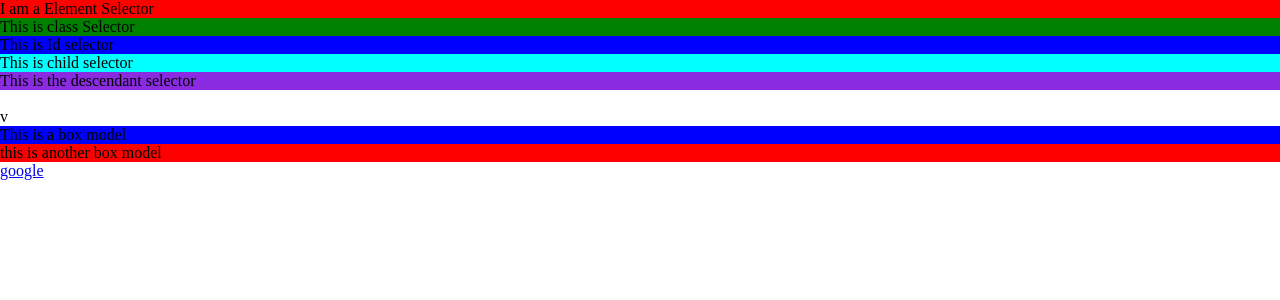
Repository: diensy/Web_dev
Page: first.css/selector.html
These files come from the project's save history. The page is drawn as it stood at one moment and after a run of saves; the edit follows.
The browser window is 1280 px wide. The pictures show the whole page.

Above is the page before, as saved 2024-05-22 20:33:33.

### first.css/selector.html
<!DOCTYPE html>
<html lang="en">
  <head>
    <meta charset="UTF-8" />
    <meta name="viewport" content="width=device-width, initial-scale=1.0" />
    <title>CSS Selector</title>
    <style>
      /* Element Selctor */
      div {
        background-color: red;
      }
      /* CLass Selector */
      .div {
        background-color: green;
      }
      /* Id selector */
      #blue {
        background-color: blue;
      }
      /* Child selector */
      span > p {
        background-color: aqua;
      }
      /* Descendant selector */
      div p {
        background-color: blueviolet;
      }
      /* universal selector */
      * {
        margin: 0;
        padding: 0;
      }
      /* pseudo Selector */
      a:visited {
        color: black;
      }
      a:active {
        background-color: red;
      }
      a:hover {
        background-color: aquamarine;
      }
      .box1 {
        background-color: blue;
      }
    </style>
  </head>
  <body>
    <div>I am a Element Selector</div>
    <div class="div">This is class Selector</div>
    <div id="blue">This is Id selector</div>
    <span><p>This is child selector</p></span>
    <div>
      <article>
        <p>This is the descendant selector</p>
      </article>
    </div>
    <br>
    v
    <div class="box1">This is a box model</div>
    <div class="box2">this is another box model</div>
    <a href="https://www.google.com">google</a>
  </body>
</html>

After the next 2 saves:
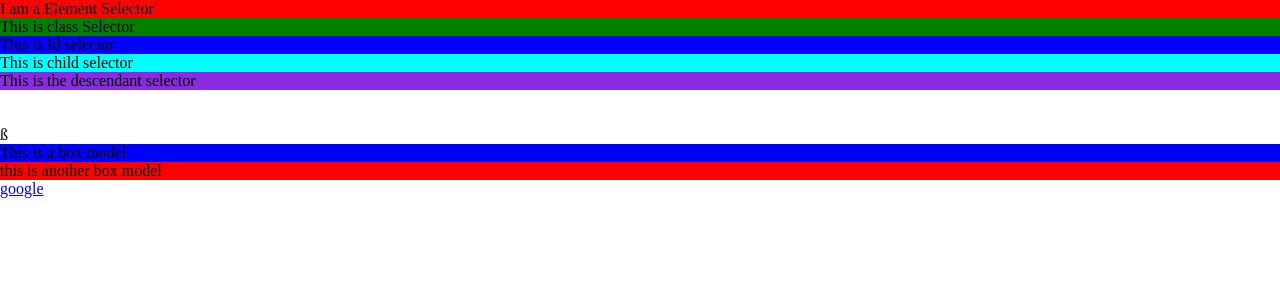
The 2 saves are shown as one change because they came seconds apart.
The last was saved 8 s later.
--- a/first.css/selector.html
+++ b/first.css/selector.html
@@ -56,7 +56,7 @@
       </article>
     </div>
     <br>
-    v
+    <br>ß
     <div class="box1">This is a box model</div>
     <div class="box2">this is another box model</div>
     <a href="https://www.google.com">google</a>

After the save that followed:
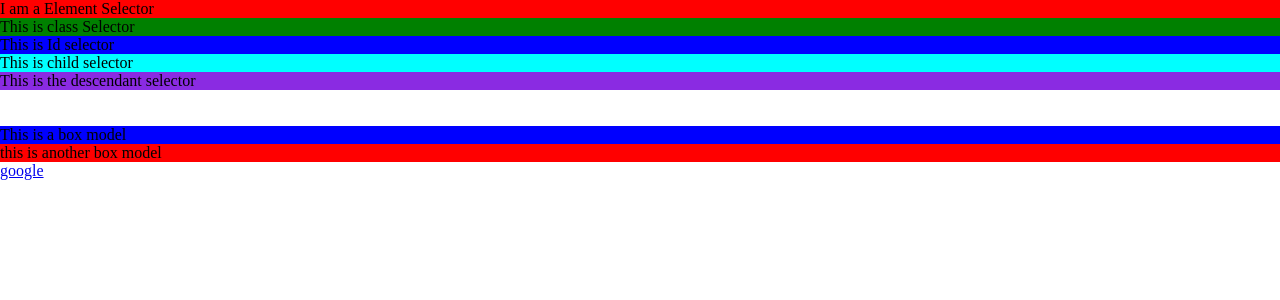
Saved 11 s later.
--- a/first.css/selector.html
+++ b/first.css/selector.html
@@ -56,7 +56,7 @@
       </article>
     </div>
     <br>
-    <br>ß
+    <br>
     <div class="box1">This is a box model</div>
     <div class="box2">this is another box model</div>
     <a href="https://www.google.com">google</a>
